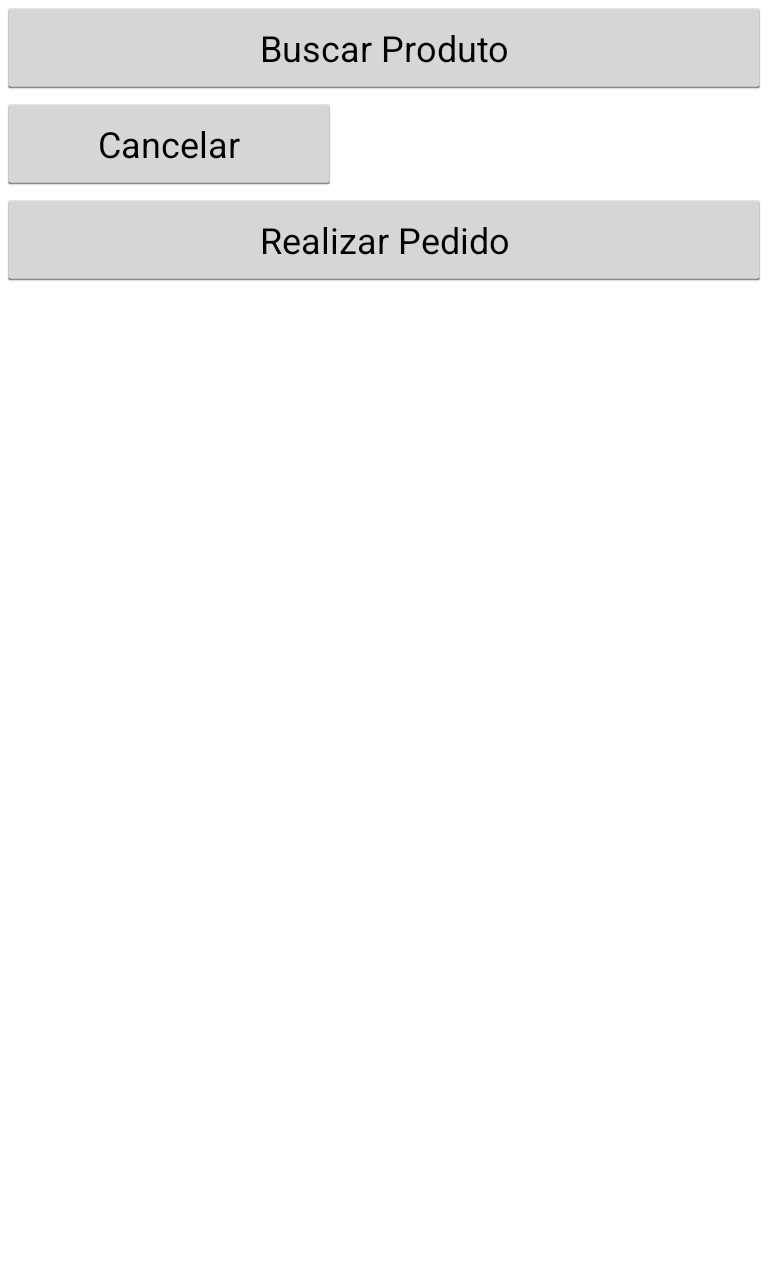
Repository: tmalveirac/mobpdv
Layout: WorkspaceAndroid/MobPDVProjet/res/layout/activity_pedido.xml
The author's editor kept a copy of each file at every save. The layout is drawn from the files as they stood at one save, then again after the next save.
It is drawn on a 768 x 1280 px phone screen (xhdpi) without system bars, with theme AppTheme; the app's code is not run.

Above is the layout before, as saved 2013-05-21 13:22:01.

After the next save:
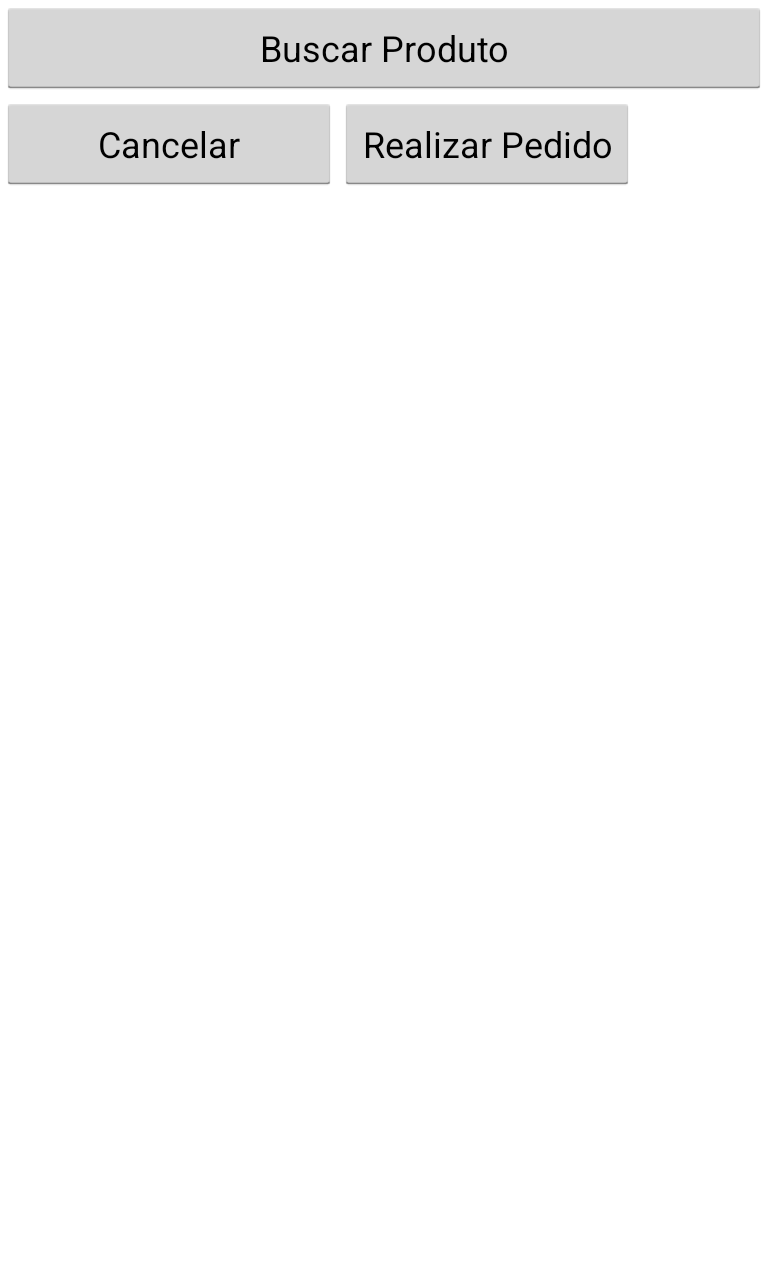
Saved 32 s later.
--- a/WorkspaceAndroid/MobPDVProjet/res/layout/activity_pedido.xml
+++ b/WorkspaceAndroid/MobPDVProjet/res/layout/activity_pedido.xml
@@ -20,18 +20,18 @@
     	android:layout_height="wrap_content"
                 >
 
+        <Button
+            android:id="@+id/btnCancelarPedido"
+            android:layout_width="169dp"
+            android:layout_height="wrap_content"
+            android:text="@string/btnCancelarPedido" />
+
+        <Button
+            android:id="@+id/btnRealizarPedido"
+            android:layout_width="wrap_content"
+            android:layout_height="wrap_content"
+            android:text="@string/btnRealizarPedido" />
+
     </LinearLayout>
 
-    <Button
-        android:id="@+id/btnCancelarPedido"
-        android:layout_width="169dp"
-        android:layout_height="wrap_content"
-        android:text="@string/btnCancelarPedido" />
-
-     <Button
-        android:id="@+id/btnRealizarPedido"
-        android:layout_width="fill_parent"
-        android:layout_height="wrap_content"
-        android:text="@string/btnRealizarPedido" />
-
 </LinearLayout>
